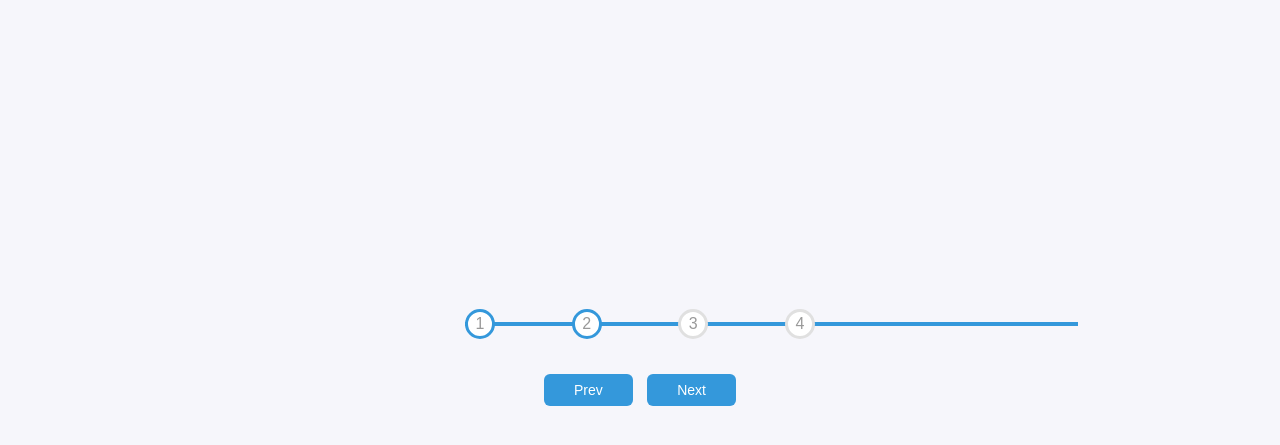
Repository: thecoachanna/progress-step-bar
Page: index.html
An editor plug-in stored every save of this project. The page is shown before and after a run of saves, followed by the edit.
The browser window is 1280 px wide. The pictures show the whole page.
After loading, the first visible `#next` was clicked once.
Some web fonts or font styles are not loaded; a fallback is used.

Above is the page before, as saved 2023-02-15 16:33:21.

### index.html
<!DOCTYPE html>
<html lang="en">
<head>
    <meta charset="UTF-8">
    <meta http-equiv="X-UA-Compatible" content="IE=edge">
    <meta name="viewport" content="width=device-width, initial-scale=1.0">
    <link rel="stylesheet" href="style.css">
    <title>Progress Steps</title>
</head>
<body>
    <div class="container">
        <div class="progress-container">
            <div class="progress" id="progress"></div>
            <div class="circle active">1</div>
            <div class="circle">2</div>
            <div class="circle">3</div>
            <div class="circle">4</div>
        </div>
        <button class="btn" id="prev" disabled>Prev</button>
        <button class="btn" id="next">Next</button>
    </div>


    <script src="script.js"></script>
</body>
</html>

### style.css
@import url('https://fonts.googleapis.com/css?family=Muli&display=swap');

:root {
    --line-border-fill: #3498db;
    --line-border-empty: #e0e0e0;
}


* {
    box-sizing: border-box;
}

body {
    background-color: #f6f6fb;
    font-family: 'Muli', sans-serif;
    display: flex;
    align-items: center;
    justify-content: center;
    height: 100vh;
    overflow: hidden;
    margin: 0;
}

.container {
    text-align: center;
}

.progress {
    background-color: var(--line-border-fill);
    position: absolute;
    top: 50%;
    left: 0;
    transform: translateY(-50%);
    height: 4px;
    width: 0%;
    z-index: -1;
    transition: 0.4s ease;
}

.progress-container {
    display: flex;
    justify-content: space-between;
    position: relative;
    margin-bottom: 30px;
    max-width: 100%;
    width: 350px;
}

.progress-container::before {
    content: '';
    background-color: var(--line-border-empty);
    position: absolute;
    top: 50%;
    left: 0;
    transform: translateY(-50%);
    height: 4px;
    width: 100%;
    z-index: -1;
}

.circle {
    background-color: white;
    color: #999;
    border-radius: 50%;
    height: 30px;
    width: 30px;
    display: flex;
    align-items: center;
    justify-content: center;
    border: 3px solid var(--line-border-empty);
    transition: .4s ease;
}

.circle.active {
    border-color: var(--line-border-fill);
}

.btn {
    background-color: var(--line-border-fill);
    color: white;
    border: 0;
    border-radius: 6px;
    cursor: pointer;
    font-family: inherit;
    padding: 8px 30px;
    margin: 5px;
    font-size: 14px;
}

.btn:active {
    transform: scale(0.98);
}

.btn:focus {
    outline: 0;
}

.btn.disabled {
    background-color: var(--line-border-empty);
    cursor: not-allowed;
}

### script.js
const progress = document.getElementById('progress')
const prev = document.getElementById('prev')
const next = document.getElementById('next')
const circles = document.querySelectorAll('.circle')

let currentActive = 1

next.addEventListener('click', () => {
    currentActive++

    if (currentActive > circles.length) {
        currentActive = circles.length
    }
    update()
})

prev.addEventListener('click', () => {
    currentActive--

    if (currentActive < 1) {
        currentActive = 1
    }
    update()
})

function update() {
    circles.forEach((circle, idx) => {
        if(idx < currentActive) {
            circle.classList.add('active')
        } else {
            circle.classList.remove('active')
        }
    })
    const actives = document.querySelectorAll('.active')
    progress.style.width = (actives.length - 1/ circles.length) * 100 + '%'
}

After the next 3 saves:
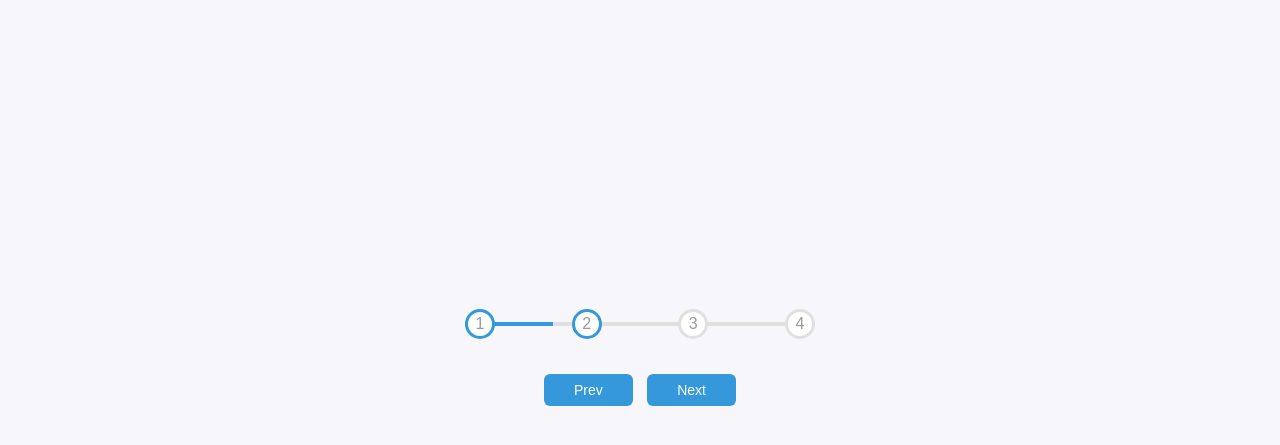
The 3 saves are shown as one change because they came seconds apart.
The last was saved 12 s later.
--- a/script.js
+++ b/script.js
@@ -32,5 +32,5 @@ function update() {
         }
     })
     const actives = document.querySelectorAll('.active')
-    progress.style.width = (actives.length - 1/ circles.length) * 100 + '%'
+    progress.style.width = (actives.length - 1) / (circles.length) * 100 + '%'
 }
